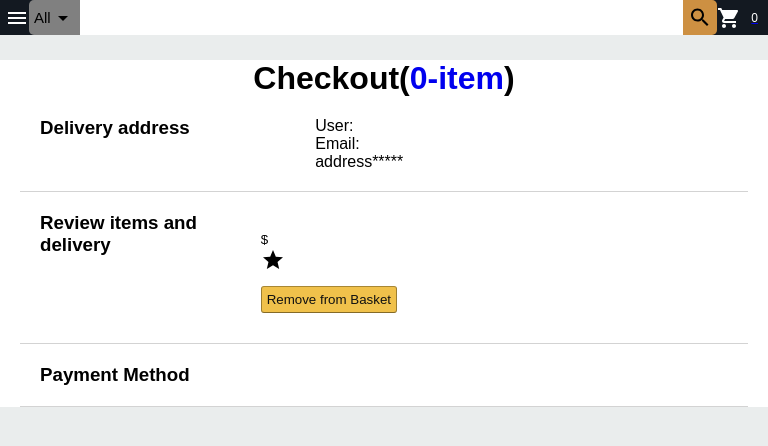
Repository: pinocoding/my-amazon-app
Page: /payment
The author's editor kept a copy of each file at every save. The page is drawn from the files as they stood at one save, then again after the next save.
The browser window is 768 px wide. The pictures show the whole page.
The page's requests for data from a server got no answer. Some web fonts or font styles are not loaded; a fallback is used. The project was rebuilt for these pictures with package versions that can differ from the ones it lists, and the page was loaded fresh each time. No one was signed in, and anything a server would have sent is missing. Also part of the build but not shown: src/components/Admin/admin.css, src/components/Admin/Admin.js, src/components/AuthForm/AuthStyle.css, src/components/AuthForm/AuthForm.js, src/components/Pagination/Paginationbutton.js, src/components/Products/IndividualProduct.js, src/components/Products/Product.css, src/components/Products/ProductCard.js and 30 more.

Above is the page before, as saved 2022-07-29 15:21:23.

### src/index.js
import React from "react";
import { BrowserRouter as Router } from "react-router-dom";
import ReactDOM from "react-dom/client";
import "./index.css";
import App from "./view/App";
import reportWebVitals from "./reportWebVitals";
import reducer, { initialState } from "./components/DataLayer/reducer";
import { StateProvider } from "./components/DataLayer/Datalayer";
import { AuthProvider } from "./components/DataLayer/Datalayer";

const root = ReactDOM.createRoot(document.getElementById("root"));
root.render(
  <Router>
    <React.StrictMode>
      <StateProvider initialState={initialState} reducer={reducer}>
        <AuthProvider>
          <App />
        </AuthProvider>
      </StateProvider>
    </React.StrictMode>
  </Router>
);

// If you want to start measuring performance in your app, pass a function
// to log results (for example: reportWebVitals(console.log))
// or send to an analytics endpoint. Learn more: https://bit.ly/CRA-vitals
reportWebVitals();

### src/index.css
@import url('http://fonts.cdnfonts.com/css/amazon-ember');
* {
  font-family: 'Amazon Ember', sans-serif;
  margin: 0;
  padding:0;
  /* max-width: 100%; */


 }

### src/view/App.js
import { BrowserRouter as Router, Routes, Route } from "react-router-dom";

import React, { useContext } from "react";
import { AuthContext } from "../components/DataLayer/Datalayer";

// --layoutComponent--
//

import Admin from "../components/Admin/Admin";
//
import AuthForm from "../components/AuthForm/AuthForm";
import "./App.css";
import HealthPersonalCare from "../components/Products/HealthPersonalCare/HealthPersonalCare";
import Header from "../components/Header/Header";
import Home from "../components/Home/Home";
import Checkout from "../components/CheckOut/Checkout";
import Login from "../components/AuthForm/Login";
import SignIn from "../components/AuthForm/SignIn";
import BookStores from "../components/Products/BookStores/BookStores";
import HeadSets from "../components/Products/Gaming accessories/HeadSets";
import ComputersAccessories from "../components/Products/ShopByCategory/ComputersAccessories";
import Dresses from "../components/Products/Dresses/Dresses";
import Chairs from "../components/Products/Gaming accessories/Chairs";
import KeyBoards from "../components/Products/Gaming accessories/KeyBoards";
import Mouses from "../components/Products/Gaming accessories/Mouses";
import IndividualPage from "../components/Products/IndividualPage";
import GamingAccess from "../components/Products/Gaming accessories/GamingAccess";
import Footer from "../components/Footer/Footer";
import Payment from "../components/Payment/Payment";
import BeautyPicks from "../components/Products/BeautyPicks/BeautyPick";
import DealOfTheDay from "../components/Products/DealOfTheDay/DealOfTheDay";

// --layoutComponent--

function App() {
  return (
    <div className="App">
      <Routes>
        <Route
          // ---home---
          path="/"
          element={
            <>
              <Header />
              <Home />
              <Footer />
            </>
          }
        />

        {/* ------Login----- */}
        <Route path="/login" element={<Login />} />
        <Route
          path="/SignIn"
          element={
            // <RequireAuth>
            <SignIn />
            // </RequireAuth>
          }
        />
        <Route path="/CreateAccount" element={<AuthForm />} />
        {/* ---//---- */}
        {/* ------Checkout---- */}
        <Route
          path="/checkout"
          element={
            <>
              <Header />
              <Checkout />
            </>
          }
        />
        {/*  */}
        {/*  */}
        <Route
          path="/payment"
          element={
            <>
              <Header />
              <Payment />
            </>
          }
        />
        {/*  */}
        <Route
          path="/GamingAccess"
          element={
            <>
              <Header />
              <GamingAccess />
            </>
          }
        />
        <Route
          path="/headsets"
          element={
            <>
              <Header />
              <HeadSets />
            </>
          }
        />
        <Route
          path="/keyboards"
          element={
            <>
              <Header />
              <KeyBoards />
            </>
          }
        />
        <Route
          path="/Mouses"
          element={
            <>
              <Header />
              <Mouses />
            </>
          }
        />
        <Route
          path="/Chairs"
          element={
            <>
              <Header />
              <Chairs />
            </>
          }
        />

        <Route
          path="/IndividualPage"
          element={
            <>
              <Header />
              <IndividualPage />
            </>
          }
        />
        <Route
          path="/ComputersAccessories"
          element={
            <>
              <Header />
              <ComputersAccessories />
            </>
          }
        />
        <Route
          path="/ComputersAccessories"
          element={
            <>
              <Header />
              <ComputersAccessories />
            </>
          }
        />
        <Route
          path="/BeautyPicks"
          element={
            <>
              <Header />
              <BeautyPicks />
            </>
          }
        />

        <Route
          path="/Dresses"
          element={
            <>
              <Header />
              <Dresses />
            </>
          }
        />
        <Route
          path="/HealthPersonalCare"
          element={
            <>
              <Header />
              <HealthPersonalCare />
            </>
          }
        />
        <Route
          path="/DealOfTheDay"
          element={
            <>
              <Header />
              <DealOfTheDay />
            </>
          }
        />
        <Route
          path="/BookStores"
          element={
            <>
              <Header />
              <BookStores />
            </>
          }
        />
        <Route
          path="/Admin"
          element={
            <>
              <Admin />
            </>
          }
        />
      </Routes>
    </div>
  );
}

export default App;

### src/components/DataLayer/reducer.js
export const initialState = {
  itembox:
    localStorage.getItem("item") == null
      ? []
      : JSON.parse(localStorage.getItem("item")),
};

const reducer = (state, action) => {
  switch (action.type) {
    case "ADD_TO_XBOX":
      return {
        itembox: [action.item],
      };

    default:
      return state;
  }
};

//
export default reducer;

### src/view/App.css
* {
  margin: 0;
  padding: 0;

}
body {
  background-color: rgb(234, 237, 237);
  font-family:'Segoe UI', Tahoma, Geneva, Verdana, sans-serif
}

### src/components/Header/Header.js
import React, { useContext } from "react";
import SearchIcon from "@mui/icons-material/Search";
import ShoppingCartIcon from "@mui/icons-material/ShoppingCart";
import { Link } from "react-router-dom";
import MenuIcon from "@mui/icons-material/Menu";
import LocationOnIcon from "@mui/icons-material/LocationOn";
import ArrowDropDownIcon from "@mui/icons-material/ArrowDropDown";
import { AuthContext } from "../DataLayer/Datalayer";

import "./Header.css";

function Header() {
  const context = useContext(AuthContext);
  const currentUser = context.currentUser;
  const handleLogOut = context.handleLogOut;
  const isActive = context.isActive;
  const setIsActive = context.setIsActive;
  const totalQty = context.totalQty;

  const userCartProduct = context.userCartProduct;

  const handlemouseover = () => {
    setIsActive(true);
  };

  const handlemouseout = () => {
    setIsActive(false);
  };

  return (
    <div>
      <div className="header">
        <MenuIcon className="header__menu" />
        <div className={isActive ? "Header__Overlay" : null}></div>

        <Link to="/">
          <img
            className="header__logo"
            src="https://www.nicepng.com/png/full/16-167642_amazon-logo-amazon-logo-white-text.png"
            alt=""
          />
        </Link>
        <div className="header__option header__address">
          <span className="header__addressIcon">
            <LocationOnIcon />
          </span>

          <div className="header__addressLine">
            <span className="header__optionLineOne">Hello Guest</span>
            <span className="header__optionLineTwo">Select your address</span>
          </div>
        </div>
        <div className="header__search">
          <div className="header__searchOption">
            All
            <ArrowDropDownIcon className="header__searchOptionIcon" />
          </div>
          <input type="text" className="header__searchInput" />

          <SearchIcon className="header__searchIcon" />
        </div>
        <div className="header__nav">
          <div
            className="header__option  "
            onMouseOver={handlemouseover}
            onMouseLeave={handlemouseout}
          >
            <div className="header__optionLineTwo header__optionLanguages">
              <img
                className="header__optionLanguagesimg "
                src="https://upload.wikimedia.org/wikipedia/commons/thumb/e/e2/Flag_of_the_United_States_%28Pantone%29.svg/1920px-Flag_of_the_United_States_%28Pantone%29.svg.png"
                alt="#"
              />
              <ArrowDropDownIcon className="header__optionLineTwoDropDownIcon" />
            </div>
          </div>
          <div className="header__option header__optionDropDown">
            <Link
              to="/login"
              onMouseOver={handlemouseover}
              onMouseLeave={handlemouseout}
              style={{ textDecoration: "none", color: "white" }}
            >
              <div className="Header__optionLine">
                <div className="header__optionLineOne">
                  <span>
                    Hello &nbsp;
                    <span>{currentUser ? currentUser : "guest"}</span>
                  </span>
                </div>

                <div className="header__optionLineTwo">
                  <p>Account & Lists</p>
                  <div>
                    <ArrowDropDownIcon className="header__optionLineTwoDropDownIcon" />
                  </div>
                </div>
              </div>
            </Link>
            <div
              className="Header__dropdowncontent"
              onMouseOver={handlemouseover}
              onMouseLeave={handlemouseout}
            >
              <div className="Header__dropdowntop">
                <div className="Header__dropdowntopcontent ">
                  <Link to={!currentUser && "/login"}>
                    <button
                      className="Header__dropdownbtn"
                      onClick={handleLogOut}
                    >
                      {currentUser ? "Sign Out" : "Sign In"}
                    </button>
                  </Link>
                  {currentUser ? (
                    ""
                  ) : (
                    <p>
                      New Costomer?
                      <Link to="/CreateAccount">
                        <span
                          onMouseOver={handlemouseover}
                          onMouseLeave={handlemouseout}
                        >
                          Start Here
                        </span>
                      </Link>
                    </p>
                  )}
                </div>
              </div>
              <div className="Header__dropdownbottom">
                <div className="Header__dropdownLeft">
                  <div className="Header__dropdowncontentLeft">
                    <p>Your List</p>
                    <ul>
                      <Link
                        style={{ color: "black", textDecoration: "none" }}
                        to={currentUser ? "/checkout" : "/login"}
                      >
                        <li>Your Lists</li>
                      </Link>

                      <li>Create a List</li>
                      <li>Find a List or Registry</li>
                      <li>AmazonSmile Charity Lists</li>
                    </ul>
                  </div>
                </div>
                <div className="Header__dropdownRight">
                  <div className="Header__dropdowncontentRight">
                    <p>Your Account</p>
                    <ul>
                      <li>Your Account</li>
                      <li>Account</li>
                      <li>Orders</li>
                      <li>Recommendations</li>
                      <li>Browsing History</li>
                    </ul>
                  </div>
                </div>
              </div>
            </div>
          </div>

          <div className="header__option">
            <span className="header__optionLineOne">Return</span>
            <span className="header__optionLineTwo">& Orders</span>
          </div>
        </div>
        <Link to="/checkout">
          {currentUser && userCartProduct.length > 0 ? (
            <div
              style={{ color: "orange", fontWeight: "600" }}
              className="header__optionBasket"
            >
              <ShoppingCartIcon />
              <span className="header__optionLineTwo header__basketCount">
                <span>{totalQty}</span>
              </span>
            </div>
          ) : (
            <div className="header__optionBasket">
              <ShoppingCartIcon />
              <span className="header__optionLineTwo header__basketCount">
                <span>0</span>
              </span>
            </div>
          )}
        </Link>
      </div>
    </div>
  );
}

export default Header;

### src/components/Payment/Payment.js
import React, { useContext } from "react";
import { Link } from "react-router-dom";
import "./Payment.css";
import { AuthContext } from "../DataLayer/Datalayer";
import CheckoutProduct from "../CheckOut/CheckoutProduct";

function Payment() {
  const context = useContext(AuthContext);
  const totalQty = context.totalQty;
  const currentUserEmail = context.currentUserEmail;
  const currentUser = context.currentUser;
  const userCartProduct = context.userCartProduct;
  // console.log(userCartProduct);
  return (
    <div className="payment">
      <div className="payment__container">
        <h1>
          Checkout(<Link to="/checkout">{totalQty}-item</Link>)
        </h1>
        <div className="payment__section">
          <div className="payment__title">
            <h3>Delivery address </h3>
          </div>
          <div className="payment__address">
            <p>User: {currentUser}</p>
            <p>Email: {currentUserEmail}</p>
            <p>address*****</p>
          </div>
        </div>
        <div className="payment__section">
          <div className="payment__title">
            <h3>Review items and delivery</h3>
          </div>
          <div className="payment__items">
            {/*  */}
            <CheckoutProduct userCartProduct={userCartProduct} />
            {/*  */}
          </div>
        </div>
        <div className="payment__section">
          <div className="payment__title">
            <h3>Payment Method</h3>
          </div>
          <div className="payment__details">{/* stripe */}</div>
        </div>
      </div>
    </div>
  );
}

export default Payment;

### src/components/firebase.js
import firebase from "firebase/compat/app";
import { initializeApp } from "firebase/app";
import { getFirestore } from "@firebase/firestore";
import "firebase/compat/auth";
import "firebase/compat/firestore";

const firebaseConfig = {
  apiKey: "AIzaSyDSsSfTzfi4wwRJrzuBzJH7Gs42OIcsnD8",
  authDomain: "my-b1f0c.firebaseapp.com",
  projectId: "my-b1f0c",
  storageBucket: "my-b1f0c.appspot.com",
  messagingSenderId: "605762731094",
  appId: "1:605762731094:web:ea10d7d9c8eb9a88c24ff7",
  measurementId: "G-770JMZ0X86",
};
// Initialize Firebase

const firebaseApp = firebase.initializeApp(firebaseConfig);
const fs = firebase.firestore();
const app = initializeApp(firebaseConfig);
const auth = firebase.auth();
const db = getFirestore(app);
// const storage = firebase.storage();
export { db, auth, fs };

### src/components/Header/Header.css
.header {


width: 100%;
max-width: 100%;
display: flex;
align-items: center;
background-color: #131921;
position: fixed;
top: 0;
/* right: 0; */
z-index: 100;

}
.header__logo {
  width: 100px;
  object-fit: contain;
  margin: 0 10px;
  margin-top: 18px;
}
.header__menu {
  display: none;
}
.header__search {
  display:  flex;
  flex: 1;
  align-items: center;
/*  */

}
.header__searchOption  {
  color:black;
  font-size: 15px;
  display: flex;
  justify-content: center;
  align-items: center;
  height: 15px;
  padding: 10px 5px 10px;
  background-color:gray;
  border-radius: 5px 0 0 5px;
}

.header__searchInput {
  height: 15px;
  padding: 10px;
  border: none;
  width: 100%;
}
.header__searchIcon {
  padding: 5px;
  height: 25px !important;
  background-color: #cd9042;
  border-radius: 0 5px 5px 0;
}
.header__option {
  display:flex;
  flex-direction: column;
  justify-content: center;
  margin-right: 10px;
  margin-left: 10px;
  color:white;
  position:relative;
}
.header__option:hover {
  cursor: pointer;
}
.header__option::after {
  content: ' ';
  position: absolute;
  z-index: -1;
  width: 110%;
  height:110%;
  left:-10%;
  bottom: -1%;
}



.header__nav {
  display: flex;

  justify-content: space-evenly;
  padding-top: 10px;
  ;
  padding-bottom: 5px;
}
.header__optionLineOne {
  font-size: 12px;
}
.header__optionLineTwo {
display: flex;
font-size: 15px;
}
.header__optionLineTwoDropDownIcon {
  font-size: 20px! important;
}


.header__optionBasket {
color: white;
display: flex;
align-items: center;
font-size: 30px;
}
.header__basketCount {
  margin-left:10px;
  margin-right: 10px;
}
.header__optionLanguages {
  padding-top: 10px;

  width: 30px;

  margin-right: 15px;
  margin-bottom: px;
}


.header__optionLanguagesimg {
  width: 100%;
object-fit: contain;

}
.header__address {
  display: flex;
  flex-direction: row;
  padding-bottom: 10px;

}
.header__addressIcon {
  margin-top: 10px;
}
.Header__Overlay {
  position: fixed ;
  top: 0 ;
  left: 0;
  right:0;
  bottom: 0;
  z-index: -2;
  background-color: rgba(0, 0, 0, 0.3);
transition:linear 0.2s ;
}
.header__optionDropDown {
  position: relative;
  display: inline-block;
}

.header__optionDropDown::after {
  content: "";
  position: absolute;
  background-color: transparent;
  z-index: 2;
  top: 20px;
  left: 0;
}
.Header__dropdowncontent {
  display:none;
  position: absolute;
  background-color: #f9f9f9;
  width: 400px;
  border-radius: 5px;
  margin-top: 5px;
  left: -150%;
  box-shadow: 0px 8px 16px 0px rgba(0,0,0,0.2);
  z-index: 1;
  padding:15px
}
.Header__dropdown-content .Header__dropdownbutn {
  color: black;
  padding: 12px 16px;
  text-decoration: none;
  display: block;
}
.Header__dropdowntopcontent > p {
  color : black;
  font-size: 10px;
  padding-top: 10px;
}
.Header__dropdowntopcontent > p >a {
  text-decoration: none;
}
.header__optionDropDown:hover .Header__dropdowncontent {
  display: block;
}

.Header__dropdowntop {
  display: flex;
  justify-content: center;
  text-align: center;
  padding: 20px;
  border-bottom: 1px solid #e7e7e7;
  transition: linear 0.2s;
}
.Header__dropdowntop .Header__dropdownbtn {
  padding: 5px 50px;
  border-radius:3px;
  background:#f0c14b;
border: none;
}
.Header__dropdownbottom {
  margin-top: 10px;

  display: flex;
  flex-direction: row;
  justify-content:flex-start;

  color  :black;
}
.Header__dropdownLeft {

  width: 50%;
  border-right: 1px solid #e7e7e7;

}
.Header__dropdownRight {
  width: 50%;


}
.Header__dropdowncontentLeft >p {
  padding-left: 20px;
  font-weight: 500;

}
.Header__dropdowncontentRight > p{
  padding-left: 20px;
  font-weight: 500;
}
.Header__dropdowncontentLeft >ul {
  font-size: 10px;
  padding-left: 20px;
  text-decoration: none;
  line-height: 1.5;

  list-style-type: none;
}
.Header__dropdowncontentRight >ul  {
font-size: 10px;
  padding-left: 20px;
  text-decoration: none;
  line-height:2;
  list-style-type: none;
}
@media only screen and (max-width: 768px)   {
  /* .header {
    display: block;
  } */

  .header__address {
    display: none;
  }
  .header__menu {

    margin-left: 5px;
    color:white;
  }
  .header__nav .header__option:first-child {
    display: none;

  }

  .header__optionLineOne {
    font-size: 10px;
  }
  .header__optionLineTwo {
    font-size: 12px;
  }
  .header__nav .header__option:last-child {
    display: none;
  }
  .header__nav {
    display:none;

  }
  .header__logo {
   display: none;
  }


 .header__searchInput {
    width: 100%;

  }
  /* .header__search {

    display:block;


} */



}

### src/components/CheckOut/CheckoutProduct.js
import React from "react";
import StarIcon from "@mui/icons-material/Star";
import { useStateValue } from"../DataLayer/Datalayer";
import "./CheckoutProduct.css";

function CheckoutProduct({ id, title, image, price, rating }) {
  const [{ basket }, dispatch] = useStateValue();
  const removeFromBasket = () => {
    // removeFromBasket
    dispatch({
      type: "REMOVE_FROM_BASKET",
      id: id,
    });
  };
  return (
    <div className="checkoutProduct">
      <img className="checkoutProduct__image" src={image} alt="" />
      <div className="checkoutProduct__info">
        <p className="checkoutProduct__title">{title}</p>
        <p className="checkoutProduct__price">
          <small>$</small>
          <strong>{price}</strong>
        </p>
        <div className="checkoutProduct__rating">
          {/* đếm sao   */}
          {Array(rating)
            .fill()
            .map((_, i) => (
              <p>
                <StarIcon />
              </p>
            ))}
        </div>
        <button onClick={removeFromBasket}>Remove from Basket</button>
      </div>
    </div>
  );
}

export default CheckoutProduct;

### src/components/Payment/Payment.css
.payment {
  width: 100%;
  margin: 60px 0;
  background-color: white;

}
.payment__container > h1 {

  text-align: center;

}
.payment h1 a {
  text-decoration: none;
}
.payment__section {
  display: flex;
  padding:20px;
  margin: 0 20px;
  border-bottom: 1px solid lightgray;
}
.payment__title  {
  flex:0.4;
}
.payment__address {
  flex: 0.6;
}

### src/components/CardLayout/Card.css

.cardone{
 display: flex;
 flex-direction: column;
 background-color: white;


 justify-content: flex-end;
 margin:10px;
 width: 100%;
 max-width: 100%;
 max-height: 500px;
 min-height: 100px;
 z-index: 1;
 padding: 10px 30px;
 text-align: left;
}

.cardone  .cardone__img {
  max-height: 380px;
  width: 100%;
  object-fit: fill;
  transition: transform .5s ease;

}
.cardone:hover  .cardone__img {

  transform: scale(1.05);
cursor: pointer;

}
.cardone__title{
font-size: 20px;
font-weight: 600;
margin: 20px 0;
}

.cardone > a {
font-size: 15px;
color:cadetblue;
margin-top: 10px;
margin-bottom: 10px;
cursor: pointer;
}
a:hover {
text-decoration: underline;
}
/* card2 */
.cardtwo{
  background-color: white;
  margin:10px;
  width: 100%;

  max-height: 500px;
  min-height: 100px;
  padding: 10px 10px;
  z-index: 1;

 }
.cardtwo__title  {
  font-size: 20px;
  font-weight: 600;
  margin: 20px 0;

  }


.cardtwo__uibody  {
  display: grid;

  grid-template-columns: auto auto;
  padding: 10px;
  gap : 20px;
  margin-bottom: 40px;
}


 .cardtwo__uibody__cell {
width: 100%;

}
.cardtwo__uibody__cell > a {
  display: inline-block;
}
.cardtwo__uibody__cell a > img {
  object-fit:contain;

  width: 100%;
  height: 130px;
}
.cardtwo__uibody__cell > p {

  font-size: 13px;
}
.cardtwo > a {
  font-size: 15px;
  color:cadetblue;
  text-decoration: none;

  cursor: pointer;
  }

  a:hover {
  text-decoration: underline;
  }

.cardthree{
  background-color: transparent;
 margin:10px;
  width: 100%;
  max-width: 400px;
  max-height: 500px;
  min-height: 100px;
  z-index: 1;

  text-align: center;
  justify-content: center;

 }
.cardthree__infoup {
  width: 100%;
  padding: 10px 0;
  background-color: white;
  margin-bottom: 30px;


}
.cardthree__infoup h3 {
margin-top : 5px;
margin-bottom: 30px
}
.cardthree__infoup button {
  /* outline: none; */
  border: none;
padding: 8px 60px;
font-size: 20px;
border-radius:10px;
margin-bottom: 30px;
background-color:#f0c14b;
}

.carthree__infoimg > img  {
  width: 80%;
  min-height: 330px;
  object-fit: fill;

}

/* ------//------ */

@media only screen and (max-width: 768px) {

  .cardone {

  }

  .cardtwo {
    margin:10px 10px;
    padding: 10px 10px;


  }


}

### src/components/CheckOut/CheckoutProduct.css
.checkoutProduct button{
  background-color: #f0c14b;
  padding: 5px 5px;
 border-radius: 3px;
 border: 1px solid;
 margin-top: 10px;
 margin-bottom: 10px;
 border-color: #a88734 #9c7e31 #846a27;
 color: #111;
 cursor: pointer;

}
.checkoutProduct__rating {
  display: flex;
}

Loaded but not shown: public/index.html (common file); src/reportWebVitals.js (common file); src/components/DataLayer/Datalayer.js (361 lines, source omitted)

After the next save:
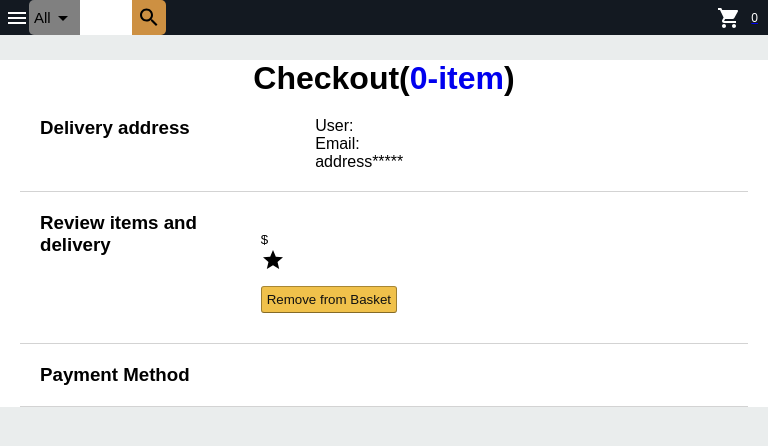
Saved 35 s later.
--- a/src/components/Header/Header.css
+++ b/src/components/Header/Header.css
@@ -278,7 +278,7 @@
 
 
  .header__searchInput {
-    width: 100%;
+    max-width: 2rem;
 
   }
   /* .header__search {

After the save that followed:
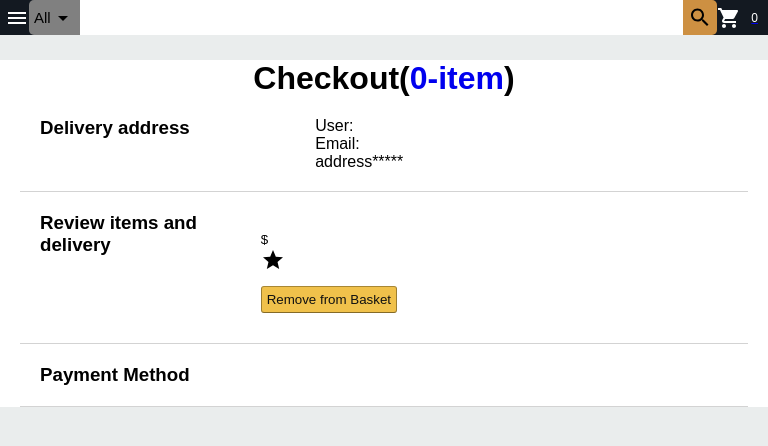
Saved 24 s later.
--- a/src/components/Header/Header.css
+++ b/src/components/Header/Header.css
@@ -278,7 +278,7 @@
 
 
  .header__searchInput {
-    max-width: 2rem;
+    max-width: 100%;
 
   }
   /* .header__search {
